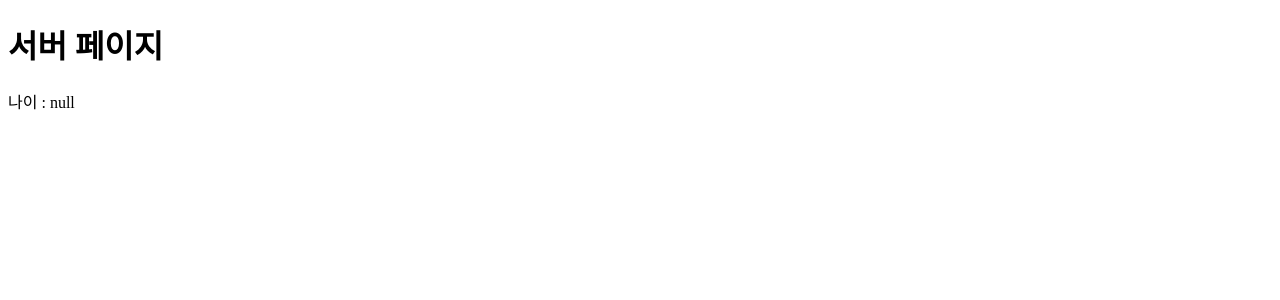
Repository: hb6700/client
Page: http://localhost/ClientTest/html/ex18_server.jsp
These files come from the project's save history. The page is drawn as it stood at one moment and after the next save; the edit follows.
The browser window is 1280 px wide. The pictures show the whole page.
The page is served by Tomcat 9.

Above is the page before, as saved 2023-09-21 06:05:36.

After the next save:
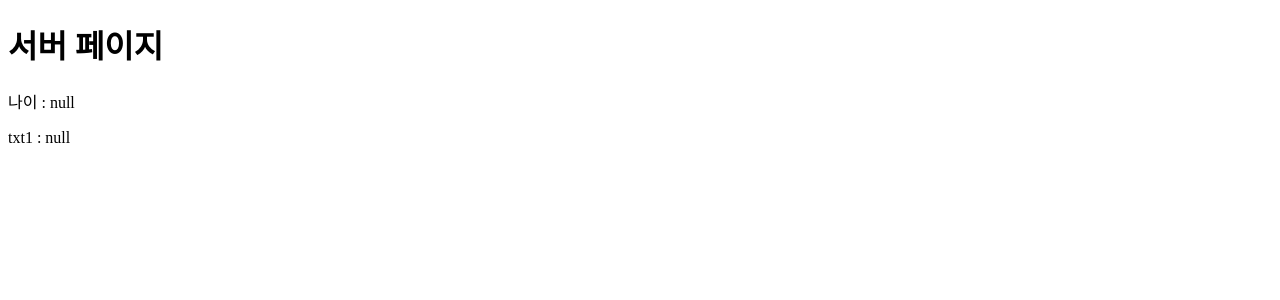
Saved 7 min 39 s later.
--- a/ClientTest/src/main/webapp/html/ex18_server.jsp
+++ b/ClientTest/src/main/webapp/html/ex18_server.jsp
@@ -13,7 +13,9 @@
 		int a = 10;
 		System.out.println();
 		String txtAge = request.getParameter("age");
+		String txt1 = request.getParameter("txt1");
 	%>
 	<p>나이 : <%= txtAge %></p>
+	<p>txt1 : <%= txt1 %></p>
 </body>
 </html>
